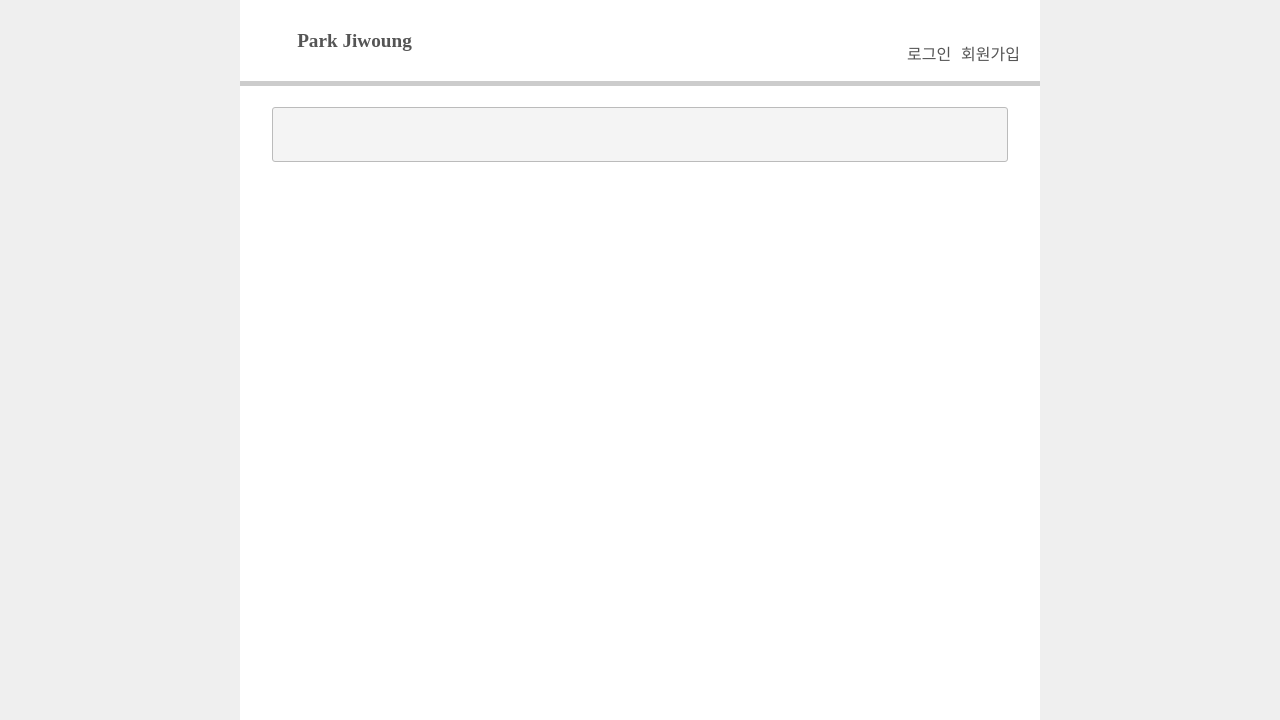
Repository: park-jiwoong/webClass
Page: http://localhost/jspPro/days01/ex03.jsp
These files come from the project's save history. The page is drawn as it stood at one moment and after the next save; the edit follows.
The browser window is 1280 px wide. The pictures show the whole page.
Some web fonts or font styles are not loaded; a fallback is used. The page is served by Tomcat 9.

Above is the page before, as saved 2025-05-21 05:15:14.

After the next save:
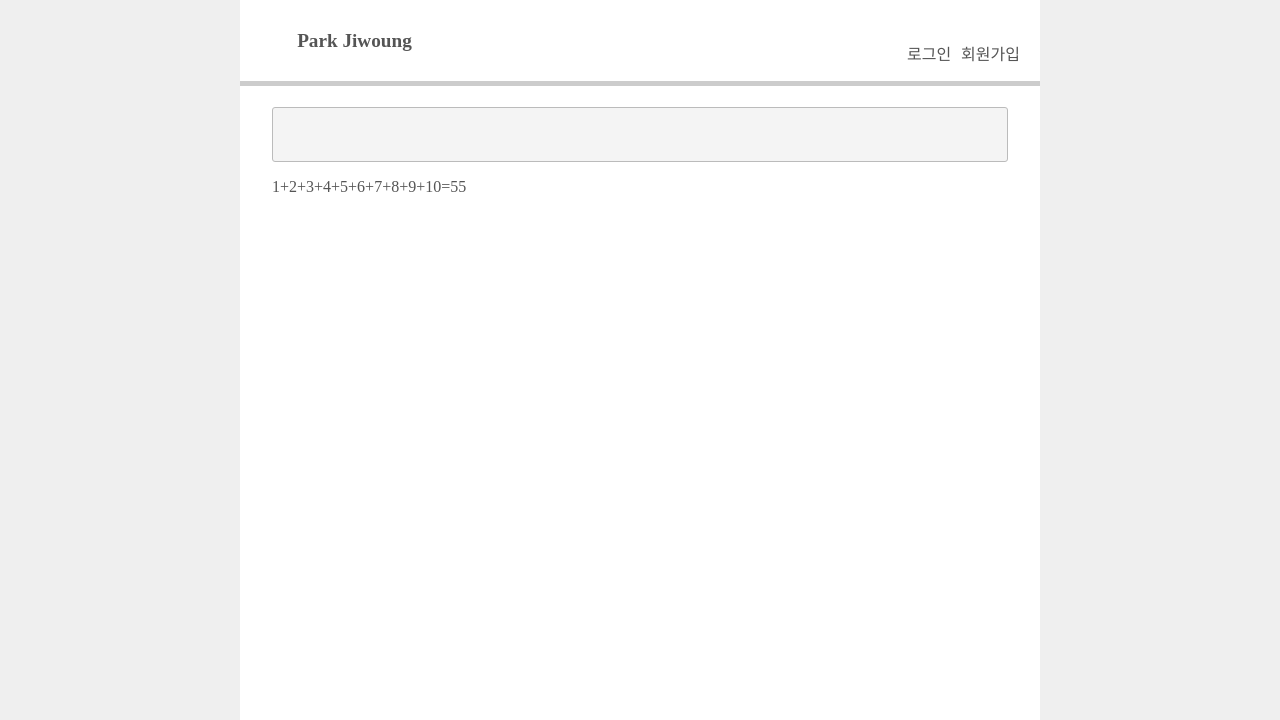
Saved 74 s later.
--- a/JSPClass/jspPro/src/main/webapp/days01/ex03.jsp
+++ b/JSPClass/jspPro/src/main/webapp/days01/ex03.jsp
@@ -26,6 +26,9 @@
 <div>
     <xmp class="code">
     </xmp>
+
+    <p id="demo">1+2+3+4+5+6+7+8+9+10=55</p>
+
 </div>
 </body>
 </html>
